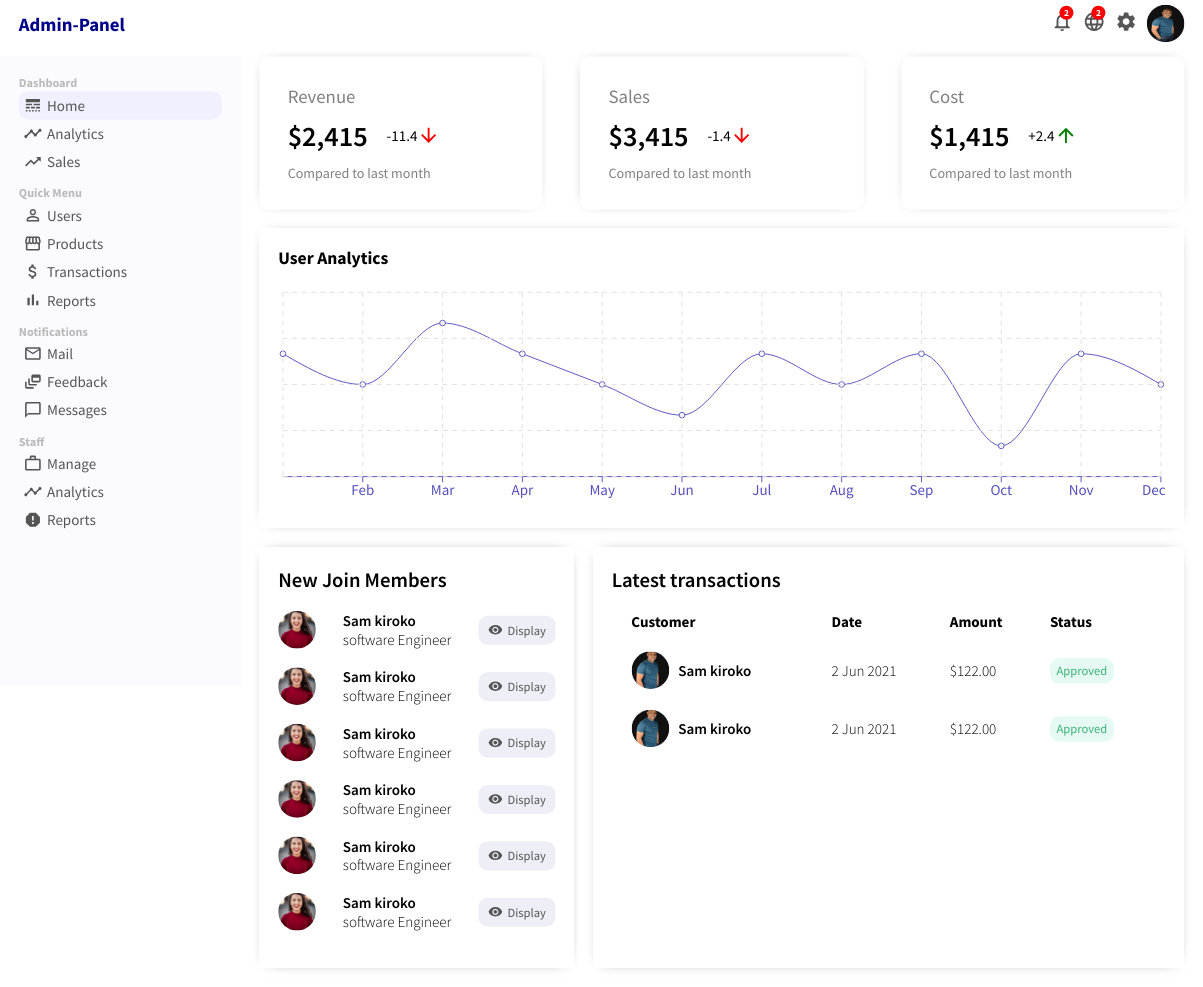
Repository: Samkiroko/admin-panel-ui
Page: /
These files come from the project's save history. The page is drawn as it stood at one moment and after the next save; the edit follows.
The browser window is 1280 px wide. The pictures show the whole page, at 94% of full size.
The project was rebuilt for these pictures with package versions that can differ from the ones it lists, and the page was loaded fresh each time.

Above is the page before, as saved 2021-09-22 22:22:23.

After the next save:
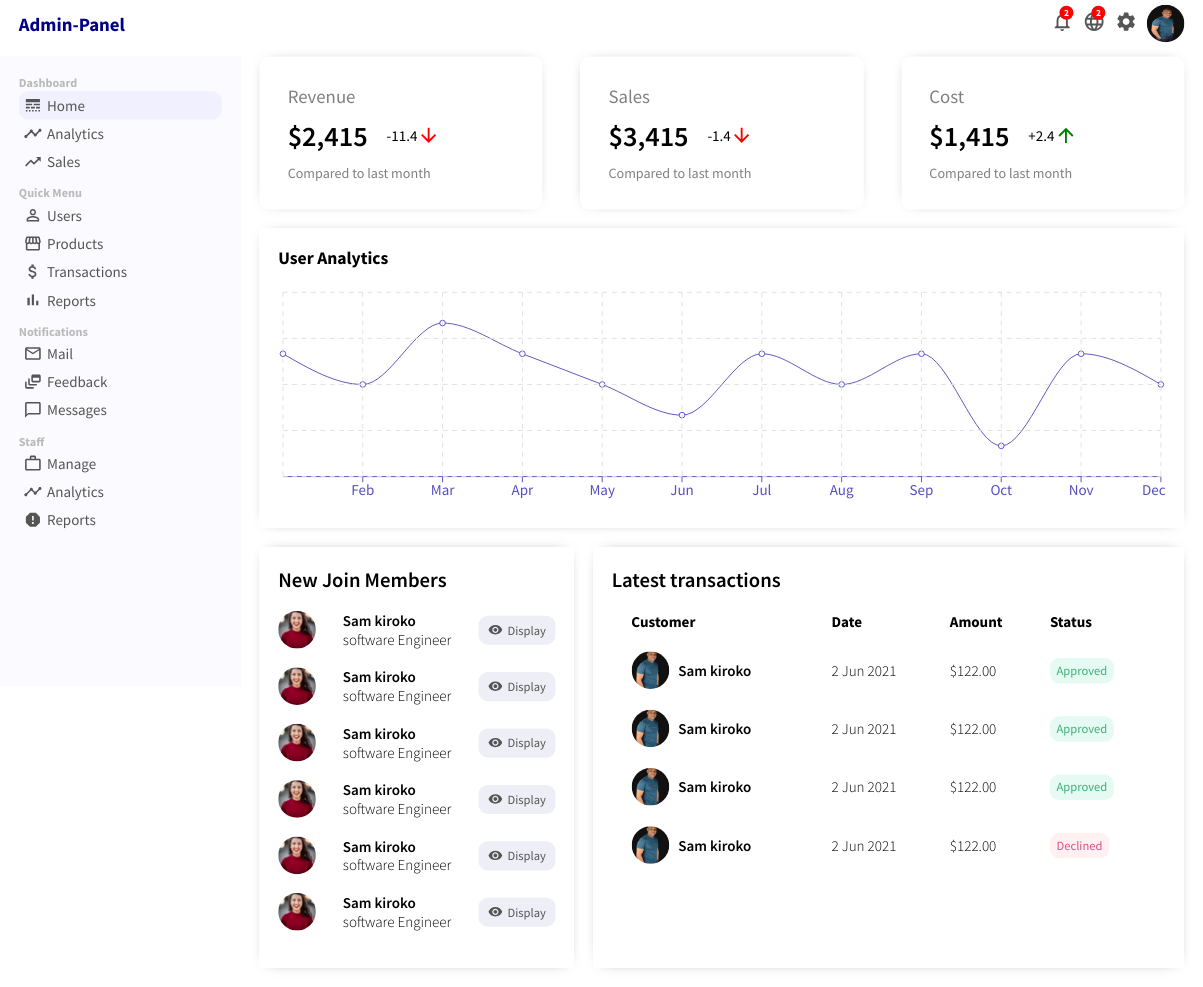
Saved 23 s later.
--- a/src/components/widgetLg/WidgetLg.js
+++ b/src/components/widgetLg/WidgetLg.js
@@ -40,6 +40,30 @@ const WidgetLg = () => {
             <Button type='Approved' />
           </td>
         </tr>
+        <tr className='widgetLgTr'>
+          <td className='widgetLgUser'>
+            {' '}
+            <img src={avatar} alt='avatar' className=' widgetLgImg' />
+            <span className='widgetLgName'>Sam kiroko</span>
+          </td>
+          <td className='widgetLgDate'>2 Jun 2021</td>
+          <td className='widgetLgAmount'>$122.00</td>
+          <td className='widgetLgStatus'>
+            <Button type='Approved' />
+          </td>
+        </tr>
+        <tr className='widgetLgTr'>
+          <td className='widgetLgUser'>
+            {' '}
+            <img src={avatar} alt='avatar' className=' widgetLgImg' />
+            <span className='widgetLgName'>Sam kiroko</span>
+          </td>
+          <td className='widgetLgDate'>2 Jun 2021</td>
+          <td className='widgetLgAmount'>$122.00</td>
+          <td className='widgetLgStatus'>
+            <Button type='Declined' />
+          </td>
+        </tr>
       </table>
     </div>
   )
